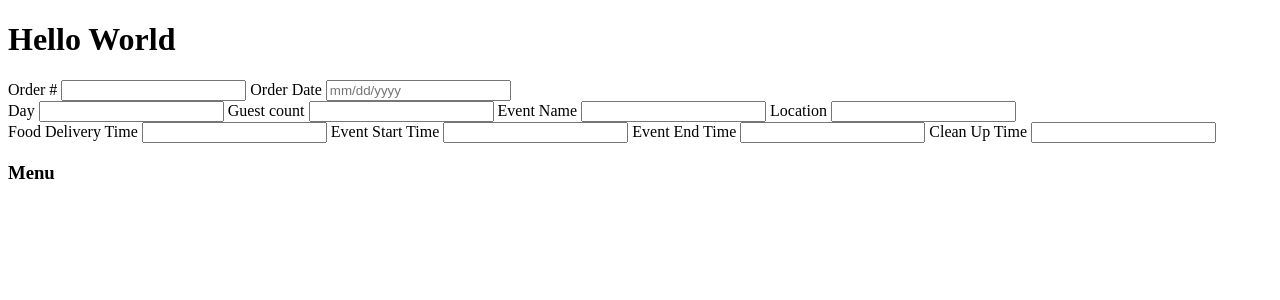
Repository: pmbyrd/rgp-catering
Page: index.html
The author's editor kept a copy of each file at every save. The page is drawn from the files as they stood at one save, then again after a run of saves.
The browser window is 1280 px wide. The pictures show the whole page.

Above is the page before, as saved 2023-12-04 17:40:43.

After the next 4 saves:
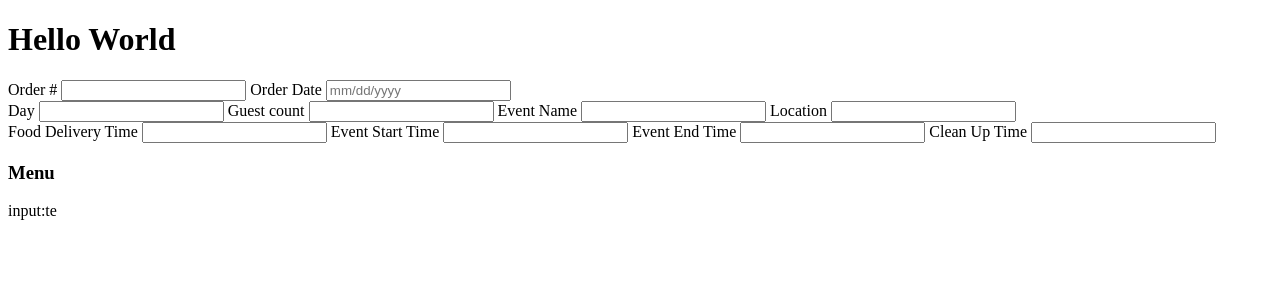
The 4 saves are shown as one change because they came seconds apart.
The last was saved 12 s later.
--- a/index.html
+++ b/index.html
@@ -41,6 +41,7 @@
         <div class="food-order">
             <label for="menu">
                 <h3>Menu</h3>
+                input:te
             </label>
         </div>
     </form>
